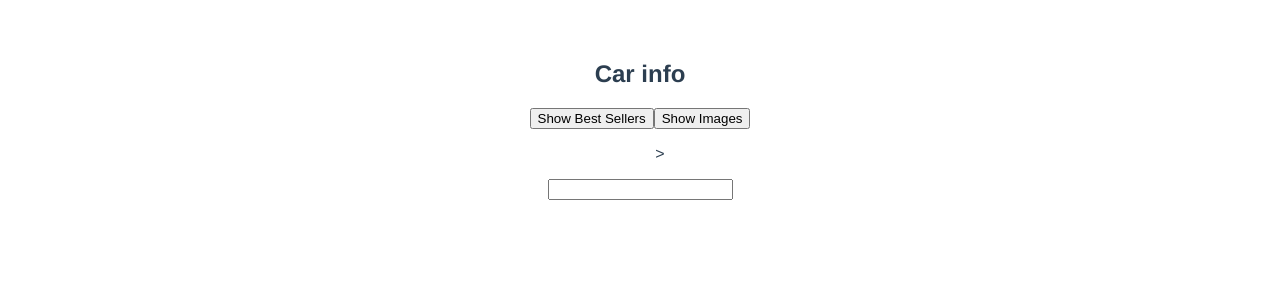
Repository: shadowmare358/vueVinCheck
Page: /
These files come from the project's save history. The page is drawn as it stood at one moment and after the next save; the edit follows.
The browser window is 1280 px wide. The pictures show the whole page.
The project was rebuilt for these pictures with package versions that can differ from the ones it lists, and the page was loaded fresh each time.

Above is the page before, as saved 2019-10-27 12:22:46.

### public/index.html
<!DOCTYPE html>
<html lang="en">
  <head>
    <meta charset="utf-8">
    <meta http-equiv="X-UA-Compatible" content="IE=edge">
    <meta name="viewport" content="width=device-width,initial-scale=1.0">
    <link rel="icon" href="<%= BASE_URL %>favicon.ico">
    <title>vue-carconfig</title>
  </head>
  <body>
    <noscript>
      <strong>We're sorry but vue-carconfig doesn't work properly without JavaScript enabled. Please enable it to continue.</strong>
    </noscript>
    <div id="app"></div>
    <!-- built files will be auto injected -->
  </body>
</html>

### src/App.vue
<template>
  <div id="app">
    <search></search>
  </div>
</template>

<script>
import Search from './components/Search.vue'

export default {
  name: 'app',
  components: {
    Search
  }
}

</script>

<style>
#app {
  font-family: 'Avenir', Helvetica, Arial, sans-serif;
  -webkit-font-smoothing: antialiased;
  -moz-osx-font-smoothing: grayscale;
  text-align: center;
  color: #2c3e50;
  margin-top: 60px;
}
</style>

### src/components/Search.vue
<template>
  <div class="search">
    <h2>Car info</h2>
    <button v-on:click="getResults()">Show Best Sellers</button>
    <button v-on:click="getImageResults()">Show Images</button>
    <div v-if="!carResults"></div>
    <ul>
        <li v-for="result in carResults" v-bind:key="result.id">{{result.make}} {{result.model}} Number of cars sold: {{result.count}}</li>
    </ul>
    <ul>
        <img v-for="item in imagesResults" v-bind:key="item.id" :src="item.image.thumbnailLink"/>>
    </ul>
    <p>{{carResults.model}}</p>
    <input type="text" v-model="query" />
  </div>
</template>

<script>
export default {
  name: "search",
  data() {
    return {
      msg: "Search",
      query: "",
      carResults: "",
      imagesResults: "",
      testQuery: "flower"
    };
  },
  methods: {
    async getResults() {
        const marketApiKey = "NuJ2q06UO5TRrFU2QfhteMzvIPRz5sNu"
      await fetch(
        `https://marketcheck-prod.apigee.net/v1/popular/cars?api_key=${marketApiKey}&car_type=new`,
        {
          mode: "cors",
          headers: {
            host: "marketcheck-prod.apigee.net",
            "Access-Control-Allow-Origin": "*",
            "Content-Type": "multipart/form-data",
            "Access-Control-Allow-Credentials": true
          }
        }
      )
        .then(response => response.json())
        .then(myJson => this.carResults = myJson)
        .catch(err => alert(`Cannot get requested data ${err}`));
    },
    async getImageResults(){
        // const cxKey = '001912728085642910227:akqkacx3uim';
        // const googleApiKey = 'AIzaSyCAJ2rKXL-X_daAy2dveCO--E5ciLgIK6k';
       await fetch(
        `https://www.googleapis.com/customsearch/v1?q=honda_jazz&key=AIzaSyCAJ2rKXL-X_daAy2dveCO--E5ciLgIK6k&cx=001912728085642910227:akqkacx3uim&searchType=image&fileType=jpg&imgSize=small&alt=json`
      )
        .then(response => response.json())
        .then(myJson => this.imagesResults=myJson.items)
        .catch(err => alert(`Cannot get requested data ${err}`));
    }
  }
};
</script>
<style  scoped>
li{
    list-style: none;
}
</style>

Loaded but not shown: src/main.js (common file)

After the next save:
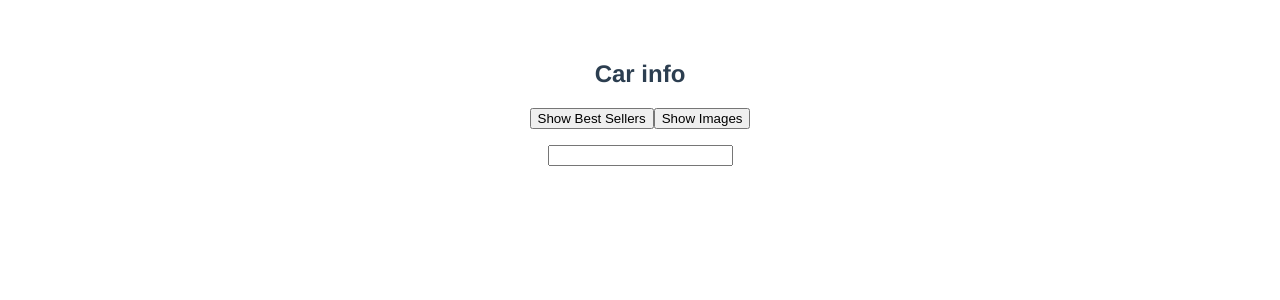
Saved 4 s later.
--- a/src/components/Search.vue
+++ b/src/components/Search.vue
@@ -8,7 +8,7 @@
         <li v-for="result in carResults" v-bind:key="result.id">{{result.make}} {{result.model}} Number of cars sold: {{result.count}}</li>
     </ul>
     <ul>
-        <img v-for="item in imagesResults" v-bind:key="item.id" :src="item.image.thumbnailLink"/>>
+        <img v-for="item in imagesResults" v-bind:key="item.id" :src="item.image.thumbnailLink"/>
     </ul>
     <p>{{carResults.model}}</p>
     <input type="text" v-model="query" />
